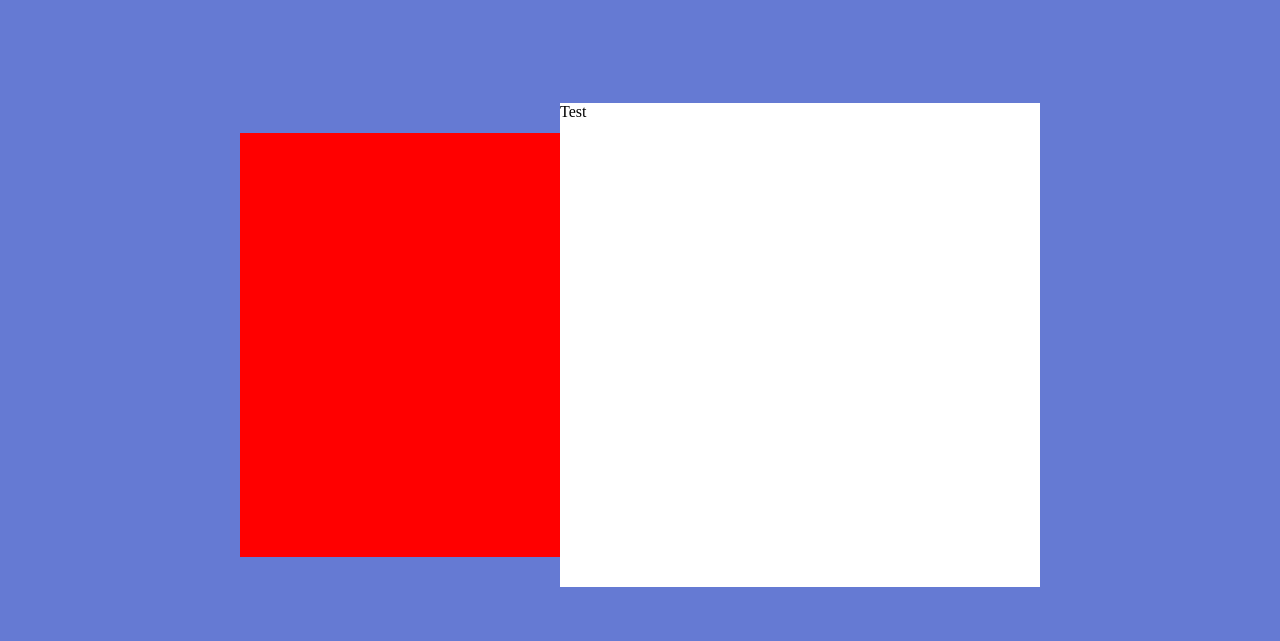
Repository: RugileG/registracijos-forma
Page: index.html
The author's editor kept a copy of each file at every save. The page is drawn from the files as they stood at one save, then again after the next save.
The browser window is 1280 px wide. The pictures show the whole page.

Above is the page before, as saved 2021-05-17 11:50:46.

After the next save:
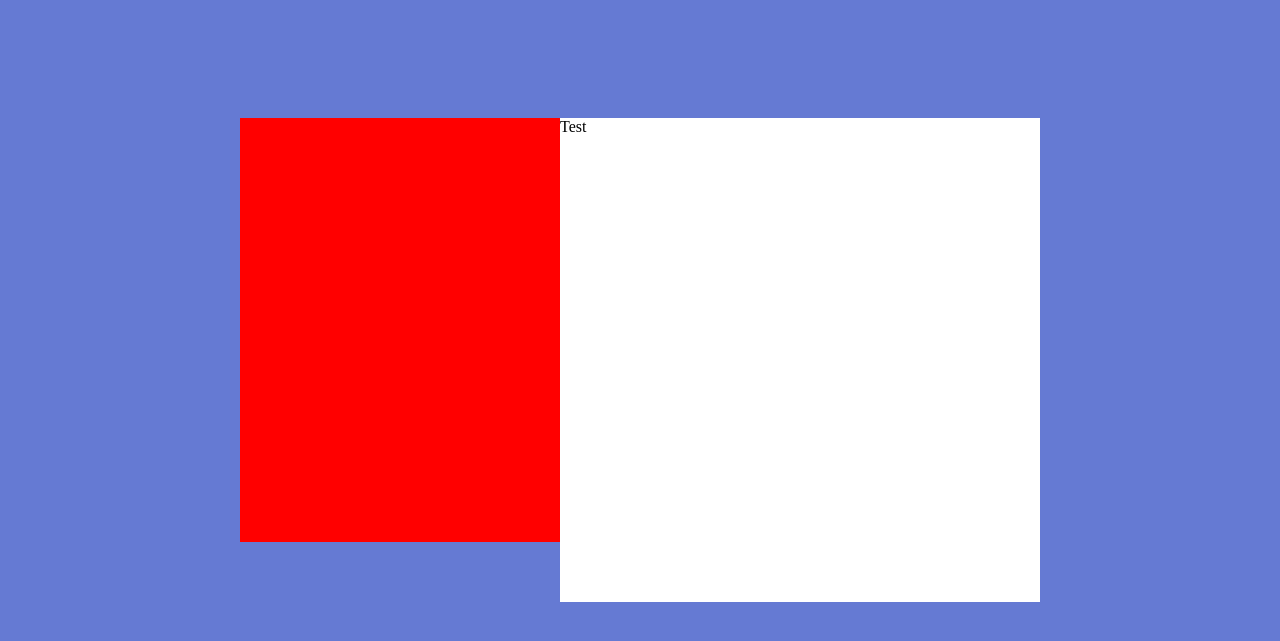
Saved 2 min 13 s later.
--- a/index.html
+++ b/index.html
@@ -34,7 +34,6 @@
         .left-column {
             width: 40%;
             background-color: transparent;
-            margin-top: 30px;
         }
 
         .right-column {
